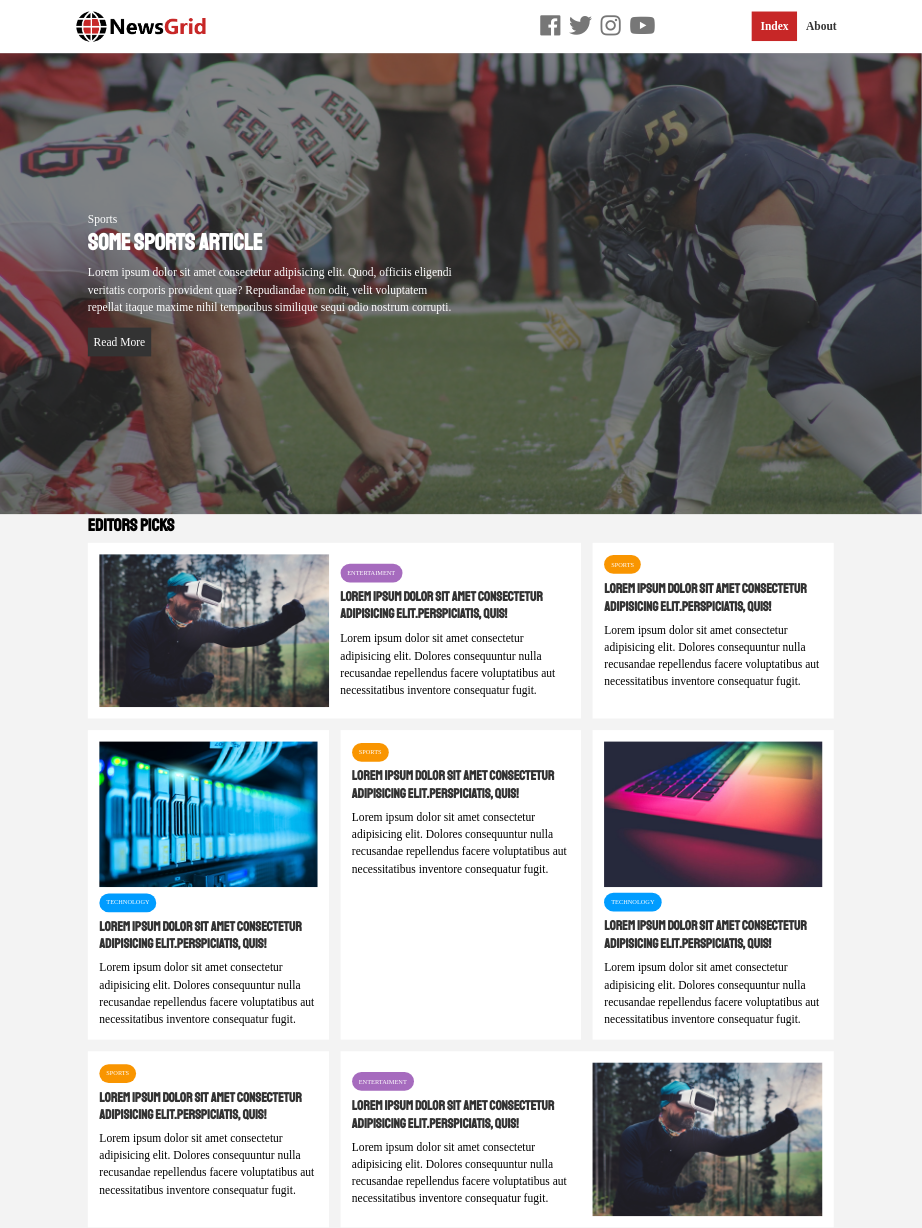
Repository: minhtien9/newsgrid
Page: index.html
An editor plug-in stored every save of this project. The page is shown before and after a run of saves, followed by the edit.
The browser window is 1280 px wide. The pictures show the whole page, at 72% of full size.
Some web libraries are served in a nearby version.

Above is the page before, as saved 2021-08-25 21:42:26.

After the next 2 saves:
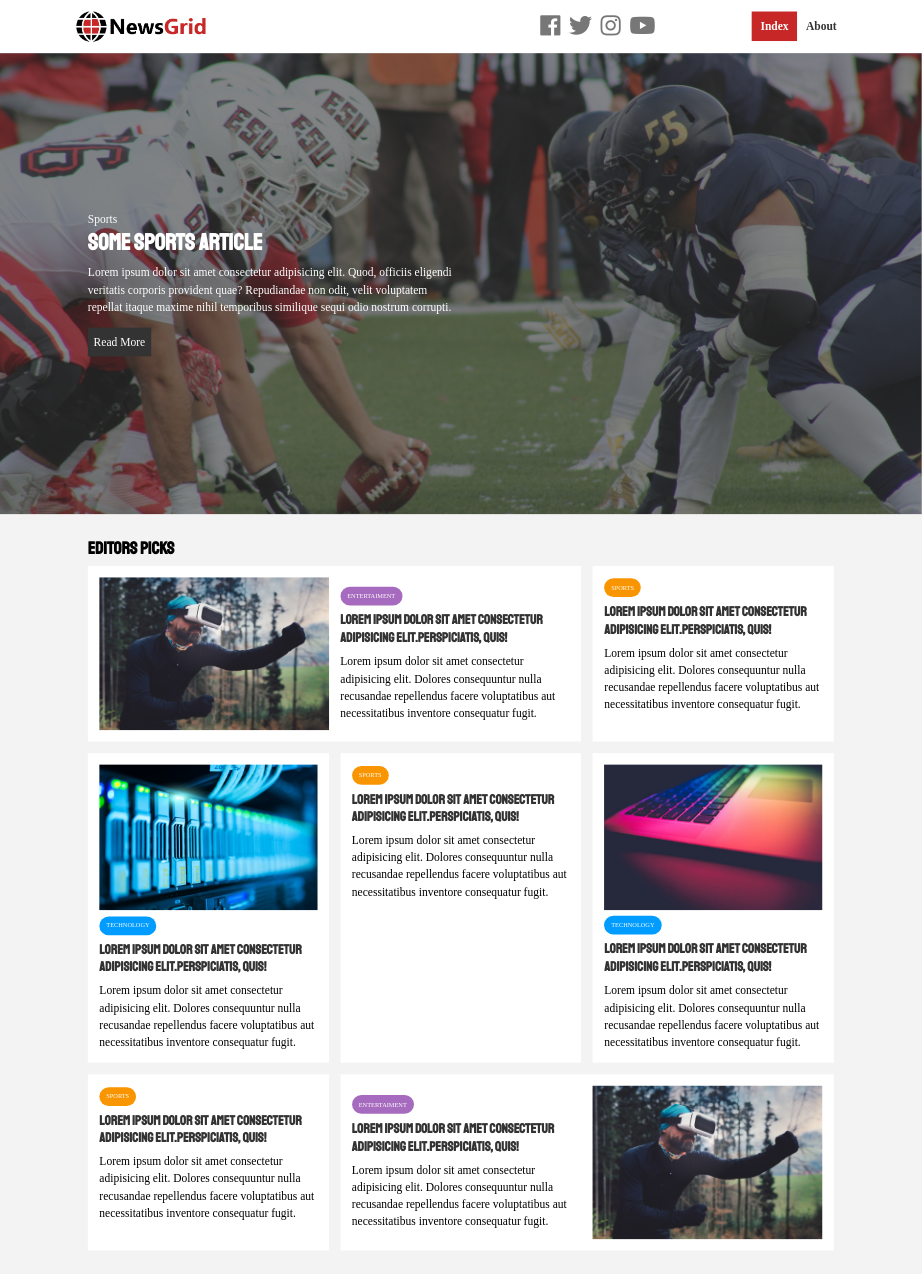
The 2 saves are shown as one change because they came seconds apart.
The last was saved 29 s later.
--- a/css/style.css
+++ b/css/style.css
@@ -113,7 +113,15 @@ h6 {
 }
 
 .py-1 {
-    padding: 1.5rem;
+    padding: 1.5rem 0;
+}
+
+.py-2 {
+    padding: 2rem 0;
+}
+
+.py-3 {
+    padding: 3rem 0;
 }
 
 
